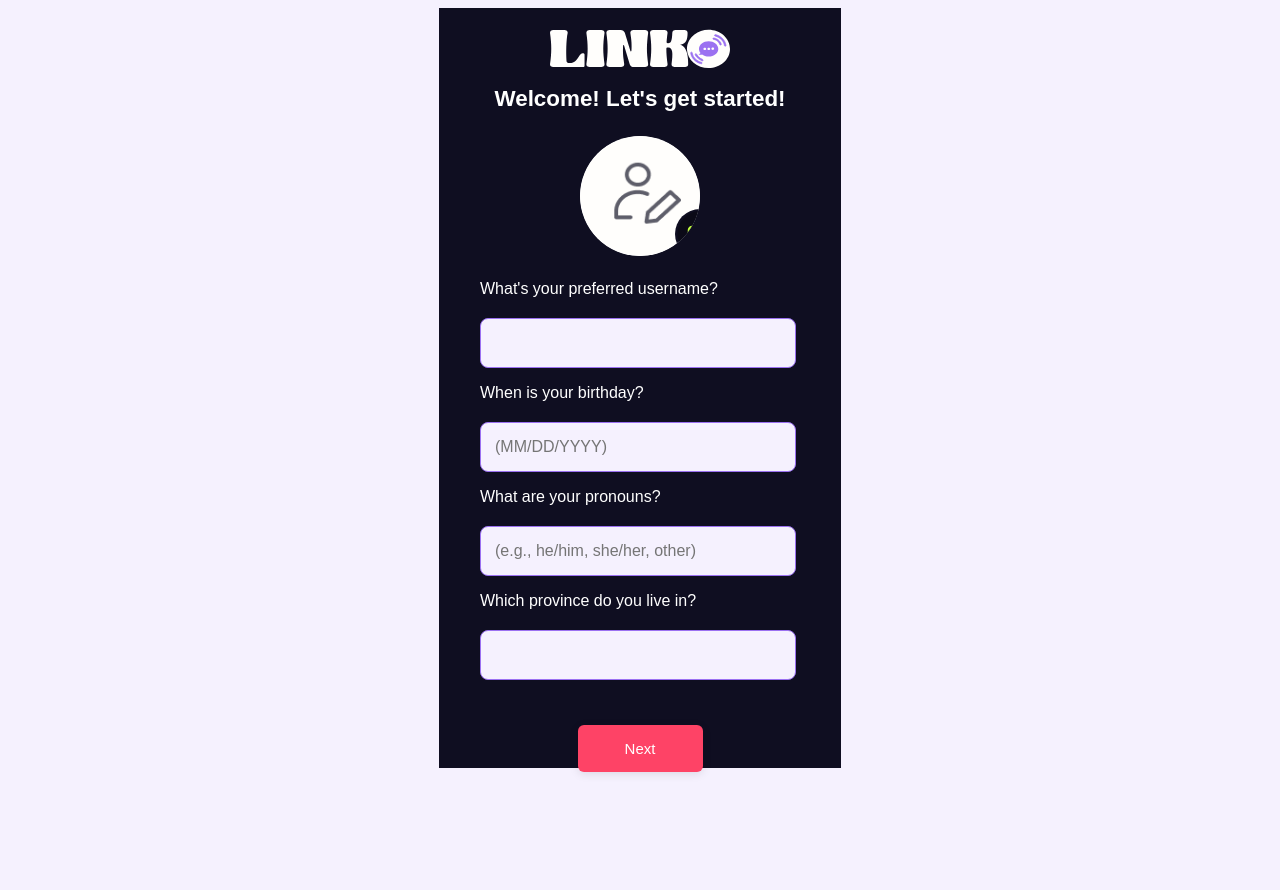
Repository: richelletiongson/MDIA2109_Linko
Page: /onboard/signup (app in linko_whatdafour/)
The author's editor kept a copy of each file at every save. The page is drawn from the files as they stood at one save, then again after the next save.
The browser window is 1280 px wide. The pictures show the whole page.
The project was rebuilt for these pictures with package versions that can differ from the ones it lists, and the page was loaded fresh each time. The framework's server and built-in components were replaced by stand-ins that run in the browser. Also part of the build but not shown: linko_whatdafour/next.config.mjs, linko_whatdafour/app/.components/Modal/modal.module.css, linko_whatdafour/app/.components/Modal/modal.js.

Above is the page before, as saved 2025-05-20 23:58:29.

### linko_whatdafour/app/layout.js

















import { Geist, Geist_Mono } from "next/font/google";
import "./globals.css";

const geistSans = Geist({
  variable: "--font-geist-sans",
  subsets: ["latin"],
});

const geistMono = Geist_Mono({
  variable: "--font-geist-mono",
  subsets: ["latin"],
});

export const metadata = {
  title: "Create Next App",
  description: "Generated by create next app",
};

export default function RootLayout({ children }) {
  return (
    <html lang="en">
      <body className={`${geistSans.variable} ${geistMono.variable}`}>
        <div className = {"wrapper"}>
        {children}
        </div>
      </body>
    </html>
  );
}

### linko_whatdafour/app/onboard/signup/page.js
"use client"

import React, { useState } from 'react';
import Header from '@/app/.components/Header/header';
import InputField from '@/app/.components/input_field/input_field'
import { useRouter } from 'next/navigation';
import styles from './signup.module.css';
import Button from '@/app/.components/buttons';
import { PhotoGalleryModal } from '@/app/.components/Modal/modal';

export default function SignupPage() {
  const router = useRouter();

  const [profilePic, setProfilePic] = useState('/photos/DefaultProfile.png');
  const [profilePicModalOpen, setProfilePicModalOpen] = useState(false);
  const [profilePicSelection, setProfilePicSelection] = useState([profilePic]);

  const placeholderPhotos = [
    '/photos/photo_gallery/photo1.JPG',
    '/photos/photo_gallery/photo2.JPG',
    '/photos/photo_gallery/photo3.JPG',
    '/photos/photo_gallery/photo4.jpeg',
    '/photos/photo_gallery/photo5.jpeg',
    '/photos/photo_gallery/photo6.jpeg',
    '/photos/photo_gallery/photo7.jpeg',
    '/photos/photo_gallery/photo8.jpeg',
    '/photos/photo_gallery/photo9.jpeg',
    '/photos/photo_gallery/photo10.jpg',
  ];

  const handleOpenProfilePicModal = () => {
    setProfilePicSelection([profilePic]);
    setProfilePicModalOpen(true);
  };
  const handleCloseProfilePicModal = () => setProfilePicModalOpen(false);
  const handleDoneProfilePicModal = () => {
    if (profilePicSelection.length > 0) setProfilePic(profilePicSelection[0]);
    setProfilePicModalOpen(false);
  };

  return (
    <div className={styles.page}>
      <Header />
      <h2 className={styles.welcome}>Welcome! Let's get started!</h2>
      <div className={styles.profileIconWrapper}>
        <div className={styles.profileIconCircle}>
          <img
            src={profilePic}
            alt="Profile icon"
          />
          <div className={styles.addPhotoBtn}>
            <Button
              buttonText={<svg width="55" height="55" viewBox="0 0 55 55" fill="none" xmlns="http://www.w3.org/2000/svg">
                <g id="Group">
                  <circle id="Ellipse 74" cx="27.125" cy="27.125" r="27.125" fill="#0B0A17"/>
                  <path id="Vector" d="M19.25 19.25H17.5C16.5717 19.25 15.6815 19.6187 15.0251 20.2751C14.3687 20.9315 14 21.8217 14 22.75V38.5C14 39.4283 14.3687 40.3185 15.0251 40.9749C15.6815 41.6313 16.5717 42 17.5 42H33.25C34.1783 42 35.0685 41.6313 35.7249 40.9749C36.3813 40.3185 36.75 39.4283 36.75 38.5V36.75" stroke="#C2FF3E" strokeWidth="3.5" strokeLinecap="round" strokeLinejoin="round"/>
                  <path id="Vector_2" d="M35 15.7499L40.25 20.9999M42.6737 18.5237C43.363 17.8345 43.7502 16.8997 43.7502 15.9249C43.7502 14.9502 43.363 14.0154 42.6737 13.3262C41.9845 12.637 41.0497 12.2498 40.075 12.2498C39.1003 12.2498 38.1655 12.637 37.4763 13.3262L22.75 27.9999V33.2499H28L42.6737 18.5237Z" stroke="#C2FF3E" strokeWidth="3.5" strokeLinecap="round" strokeLinejoin="round"/>
                </g>
              </svg>}
              onClick={handleOpenProfilePicModal}
              type="dark_purple"
              size="big_round"
            />
          </div>
        </div>
      </div>
      <PhotoGalleryModal
        isOpen={profilePicModalOpen}
        onClose={handleCloseProfilePicModal}
        onDone={handleDoneProfilePicModal}
        availablePhotos={placeholderPhotos}
        selectedPhotos={profilePicSelection}
        setSelectedPhotos={(photosOrUpdater) => {
          if (typeof photosOrUpdater === 'function') {
            setProfilePicSelection(prev => {
              const result = photosOrUpdater(prev);
              if (result.length > 1) return [result[result.length - 1]];
              return result;
            });
          } else if (Array.isArray(photosOrUpdater)) {
            setProfilePicSelection(photosOrUpdater.length > 0 ? [photosOrUpdater[photosOrUpdater.length - 1]] : []);
          }
        }}
      />
      <form className={styles.form}>
        <label className={styles.label}>What's your preferred username?</label>
        <InputField
          placeholder = ""
          size = "large"
          color = "purple2"
        />

        <label className={styles.label}>When is your birthday?</label>
        <InputField
          placeholder = "(MM/DD/YYYY)"
          size = "large"
          color = "purple2"
        />

        <label className={styles.label}>What are your pronouns?</label>
        <InputField
          placeholder = "(e.g., he/him, she/her, other)"
          size = "large"
          color = "purple2"
        />

        <label className={styles.label}>Which province do you live in?</label>
        <InputField
          placeholder = ""
          size = "large"
          color = "purple2"
        />
      </form>

      <div className={styles.signup_Button}>
        <Button
          buttonText="Next"
          type="pink"
          size="small"
          onClick={() => router.push("/onboard/signup/questionaire/questionaire01")}
        />
        </div>
    </div>
  );
}

### linko_whatdafour/app/globals.css
:root {
  --background: #F5F1FE;
  --foreground: #fff;
}

html,
body {
  min-width: 402px;
  overflow-x: hidden;
}

body {
  color: var(--foreground);
  background: var(--background);
  font-family: Arial, Helvetica, sans-serif;
}

.wrapper {
  margin: 0 auto;
  width: 402px;
  min-height: 874px;
}












/* DEFAULT global.css
:root {
  --background: #ffffff;
  --foreground: #171717;
}

@media (prefers-color-scheme: dark) {
  :root {
    --background: #0a0a0a;
    --foreground: #ededed;
  }
}

html,
body {
  max-width: 100vw;
  overflow-x: hidden;
}

body {
  color: var(--foreground);
  background: var(--background);
  font-family: Arial, Helvetica, sans-serif;
  -webkit-font-smoothing: antialiased;
  -moz-osx-font-smoothing: grayscale;
}

* {
  box-sizing: border-box;
  padding: 0;
  margin: 0;
}

a {
  color: inherit;
  text-decoration: none;
}

@media (prefers-color-scheme: dark) {
  html {
    color-scheme: dark;
  }
}
*/

### linko_whatdafour/app/.components/Header/header.js
import React from 'react';
import styles from './header.module.css';
import Image from 'next/image';

export default function Header({ leftButton, rightButton }) {
  return (
    <header className={styles.header}>
      <div className={styles.side}>{leftButton}</div>
      <div className={styles.center}>
        <Image src="/logos/linko_primarylogo.svg" alt="Linko logo" width={180} height={42} className={styles.logo}/>
      </div>
      <div className={styles.side}>{rightButton}</div>
    </header>
  );
}

### linko_whatdafour/app/.components/input_field/input_field.js
"use client";
import React from "react";
import classNames from "classnames";
import styles from "./input_field.module.css";

export default function InputField({
  value,
  onChange,
  placeholder = "Type...",
  size = "medium",
  color = "purple1"
}) {
  const inputFieldClass = classNames(
    styles.inputField,
    styles[size],
    styles[color]
  );

  return (
    <input
      type="text"
      className={inputFieldClass}
      value={value}
      onChange={onChange}
      placeholder={placeholder}
    />
  );
}

### linko_whatdafour/app/onboard/signup/signup.module.css
.page {
    max-width: 402px;
    height: 100vh;
    background: #0F0E21;
    color: #fff;
    display: flex;
    flex-direction: column;
    align-items: center;
    justify-content: flex-start;
    padding: 20px 16px;
  }
  .welcome {
    font-size: 1.4rem;
    font-weight: 700;
    text-align: center;
    margin: 16px 0 24px 0;
  }
  .profileIconWrapper {
    display: flex;
    justify-content: center;
    width: 100%;
    margin-bottom: 24px;
  }
  .profileIconCircle {
    position: relative;
    width: 120px;
    height: 120px;
    border-radius: 50%;
    background: #fff;
    overflow: hidden;
    display: flex;
    align-items: center;
    justify-content: center;
  }
  .profileIconCircle img {
    position: absolute;
    width: 100%;
    height: 100%;
    object-fit: cover;
    border-radius: 50%;
    top: 0;
    left: 0;
  }
  .addPhotoBtn {
    position: absolute;
    bottom: 12px;
    right: -10px;
    width: 20px;
    height: 20px;
    display: flex;
    align-items: center;
    justify-content: center;
    box-shadow: 0 2px 8px rgba(0,0,0,0.10);
    z-index: 10;
  }
  .form {
    width: 100%;
    max-width: 340px;
    display: flex;
    flex-direction: column;
    justify-content: center;
    gap: 16px;
    padding-left: 20px;
  }
  .label {
    font-size: 1rem;
    font-weight: 500;
    margin-bottom: 4px;
  }
  .signup_Button {
    display: flex;
    justify-content: center;
    padding-left: 0;
    padding-top: 45px;
  }

### linko_whatdafour/app/.components/buttons.js
'use client';
import { useRouter } from 'next/navigation';
import classnames from "classnames";
import styles from './buttons.module.css';


export default function Button({buttonText, onClick, type, size, border, className}){



  const buttonClasses = classnames(
    styles.button,
    className,
    {
      [styles.big]: size === "big",
      [styles.medium]: size === "medium",
      [styles.small]: size === "small",
      [styles.smaller]: size === "smaller",
      [styles.big_round]: size === "big_round",
      [styles.small_round]: size === "small_round",
      [styles.big_pill]: size === "big_pill",
      [styles.small_pill]: size === "small_pill",
      [styles.long]: size === "long",
      [styles.pink]: type === "pink",
      [styles.purple]: type === "purple",
      [styles.light_purple]: type === "light_purple",
      [styles.dark_purple]: type === "dark_purple",
      [styles.green]: type === "green",
      [styles.white]: type === "white",
      [styles.transparent_pinkborder]: type === "transparent_pinkborder",
      [styles.transparent_whitetxt]: type === "transparent_whitetxt",
      [styles.transparent_greentxt]: type === "transparent_greentxt",
      [styles.pink_border]: border === "pink_border",
      [styles.green_border]: border === "green_border",
      [styles.nav]: type === "nav",
      [styles.nav_active]: type === "nav_active",
    }
  );
  return (

  <button
  className={buttonClasses}
  onClick={onClick}
  >

  {buttonText}

  </button>

  )
};























/*export const BigPinkButton = ({
    route,
    buttonText = 'Next',
  }) => {
    const router = useRouter();

    // Handle navigation to the specified route
    const handleNavigation = () => {
      // Navigate to the specified route
      router.push(route);
    };

    return (
      <div className={styles.buttonContainer}>
        <button
          onClick={handleNavigation}
          className={styles.bigPinkButton}
          type="button"
        >
          {buttonText}
        </button>
      </div>
    );
  };

  export const BigPurpleButton = ({
    route,
    buttonText = 'GET STARTED',
    onClick = null
  }) => {
    const router = useRouter();

    // Handle navigation to the specified route
    const handleNavigation = () => {
      // Navigate to the specified route
      router.push(route);
    };

    return (
      <div className={styles.buttonContainer}>
        <button
          onClick={handleNavigation}
          className={styles.bigPurpleButton}
          type="button"
        >
          {buttonText}
        </button>
      </div>
    );
  };*/

### linko_whatdafour/app/.components/Header/header.module.css
.header {
  display: grid;
  grid-template-columns: 1fr auto 1fr;
  align-items: center;
  height: 80px;
  background: transparent;
  padding: 0px 16px;
}

.side {
  display: flex;
  align-items: center;
  justify-content: flex-start;
  height: 100%;
}

.side:last-child {
  justify-content: flex-end;
}

.center {
  display: flex;
  align-items: center;
  justify-content: center;
  height: 100%;
}

### linko_whatdafour/app/.components/input_field/input_field.module.css
.inputField {
    padding: 10px 14px;
    font-size: 16px;
    border: 0.75px solid #9B71F1;
    box-sizing: border-box;
    outline: none;
    border-radius: 8px;
  }


  .small {
    width: 216.45px;
    height: 54.97px;
  }

  .medium {
    width: 288px;
    height: 65px;
  }

  .large {
    width: 316px;
    height: 50px;
  }

  .xlarge {
    width: 351.55px;
    height: 54.97px;
  }

  .chatSize {
    width: 400px;
    height: 45px;
    border-radius: 30px;
  }

  .white {
    background-color: #FFFFFF;
  }

  .purple1 {
    background-color: #E0C3FE;
  }

  .purple2 {
    background-color: #F5F1FE;
  }

  .purple3 {
    background-color: #E0C3FE;
  }

### linko_whatdafour/app/.components/buttons.module.css
.pink {
  background-color: #FE4366;
  color: white;
  border: none;
}

.purple {
  background-color: #9B71F1;
  color: white;
  border: none;
}

.light_purple {
  background-color: #E0C3FE;
  color: #06060E;
  border: none;
}

.dark_purple {
  background-color: #0F0E21;
  color: #C2FF3E;
  border: none;
}

.green {
  background-color: #C2FF3E;
  color: #06060E;
  border: none;
}

.white {
  background-color: #FFFEFC;
  color: #412F65;
  border: 2px solid #9B71F1;
}

.transparent_pinkborder {
  background-color: rgba(0, 0, 0, 0);
  color: #FFFEFC;
}

.transparent_whitetxt {
  background: transparent;
  color: #FFFEFC;
  border: none;
}

.transparent_greentxt {
  background-color: rgba(0, 0, 0, 0);
  color: #C2FF3E;
  border: none;
}

.pink_border {
  border: 1px solid #FE4366 !important;
}

.green_border {
  border: 1px solid #C2FF3E !important;
}

.small_round {
  display: flex;
  border-radius: 50%;
  border: none;
  width: 30px;
  height: 30px;
  padding: 2px 2px;
  flex-direction: column;
  justify-content: center;
  align-items: center;
}

.big_round {
  display: flex;
  border-radius: 50%;
  border: none;
  width: 50px;
  height: 50px;
  padding: 2px 2px;
  flex-direction: column;
  justify-content: center;
  align-items: center;
}

.big {
  font-weight: 700px;
  font-size: 19px;
  padding: 14px 20px;
  border-radius: 15px;
  width: 325px;
  text-align: center;
  box-shadow: 0 4px 6px rgba(0, 0, 0, 0.1);
}

.medium {
  font-weight: 700px;
  font-size: 16px;
  padding: 16px 24px;
  border-radius: 8px;
  width: 100%;
  max-width: 200px;
  text-align: center;
  box-shadow: 0 2px 10px rgba(0, 0, 0, 0.1);
}

.small {
  font-weight: 700px;
  font-size: 15px;
  padding: 15px 20px;
  border-radius: 6px;
  width: 100%;
  min-width: 125px;
  max-width: 200px;
  text-align: center;
  box-shadow: 0 2px 10px rgba(0, 0, 0, 0.1);
}

.smaller {
  font-weight: 700px;
  font-size: 15px;
  padding: 12px 12px;
  border-radius: 8px;
  width: 100%;
  min-width: 83px;
  max-width: 100px;
  text-align: center;
  box-shadow: 0 2px 10px rgba(0, 0, 0, 0.1);
}

.big_pill {
  display: inline-block;
  padding: 10px 20px;
  border-radius: 20px;
  border: 0.5px solid transparent;
  font-size: 16px;
  text-align: center;
  min-width: 100px;
  max-width: 100%;
  width: auto;
  white-space: normal;
  overflow: hidden;
  text-overflow: ellipsis;
  box-shadow: 0 2px 10px rgba(0, 0, 0, 0.1);
}

.small_pill {
  display: inline-block;
  padding: 4px 12px;
  border: none;
  border-radius: 20px;
  font-size: 13px;
  text-align: center;
  max-width: 100%;
  width: auto;
  white-space: normal;
  overflow: hidden;
  text-overflow: ellipsis;
  box-shadow: 0 2px 10px rgba(0, 0, 0, 0.1);
}

.long {
  display: flex;
  flex-direction: column;
  justify-content: center;
  font-weight: 700px;
  font-size: 16px;
  padding: 14px 20px;
  border-radius: 15px;
  width: 370px;
  height: 35px;
  text-align: center;
  box-shadow: 0 4px 6px rgba(0, 0, 0, 0.1);
}

.button.dark_purple.long.green_border:hover {
  background: #C2FF3E;
  color: #0F0E21;
}

.button.nav {
  background: none;
  border: none;
  color: #fff;
  font-size: 1.2rem;
  display: flex;
  flex-direction: column;
  align-items: center;
  gap: 4px;
  cursor: pointer;
  transition: color 0.2s;
  font-family: 'Lexend', 'Geist', 'Inter', Arial, sans-serif;
  font-weight: 400;
  box-shadow: none;
  outline: none;
}

.button.nav_active {
  color: #BCA6F7;
  font-weight: 500;
}

.button.nav .icon,
.button.nav_active .icon {
  display: flex;
  align-items: center;
  justify-content: center;
  font-size: 2rem;
  color: inherit;
  transition: color 0.2s;
}






















/*.bigPinkButton {
    width: 100%;
    max-width: 200px;
    padding: 16px 24px;
    border-radius: 8px;
    font-size: 16px;
    font-weight: 700;
    color: white;
    text-align: center;
    cursor: pointer;
    transition: all 0.3s ease;
    display: block;
    margin: 16px 0;
    box-shadow: 0 2px 10px rgba(0, 0, 0, 0.1);
    background-color:#FE4366;
  }

  .bigPinkButton:hover {
    background-color:#6B1C2B;
  }

  .bigPurpleButton {
    background-color: #9B71F1; /* Purple color that matches the image
    color: white;
    font-weight: 700;
    letter-spacing: 0.5px;
    font-size: 19px;
    padding: 14px 20px;
    border-radius: 15px;
    border: none;
    cursor: pointer;
    transition: all 0.3s ease;
    width: 100%;
    max-width: 325px;
    text-align: center;
    box-shadow: 0 4px 6px rgba(0, 0, 0, 0.1);
    text-transform: uppercase;
  }

  .bigPurpleButton:hover {
    background-color: #8a57ff;
  }



  .buttonContainer {
    display: inline-block;
    width: 100%;
    max-width: 200px;
  }
    */

After the next save:
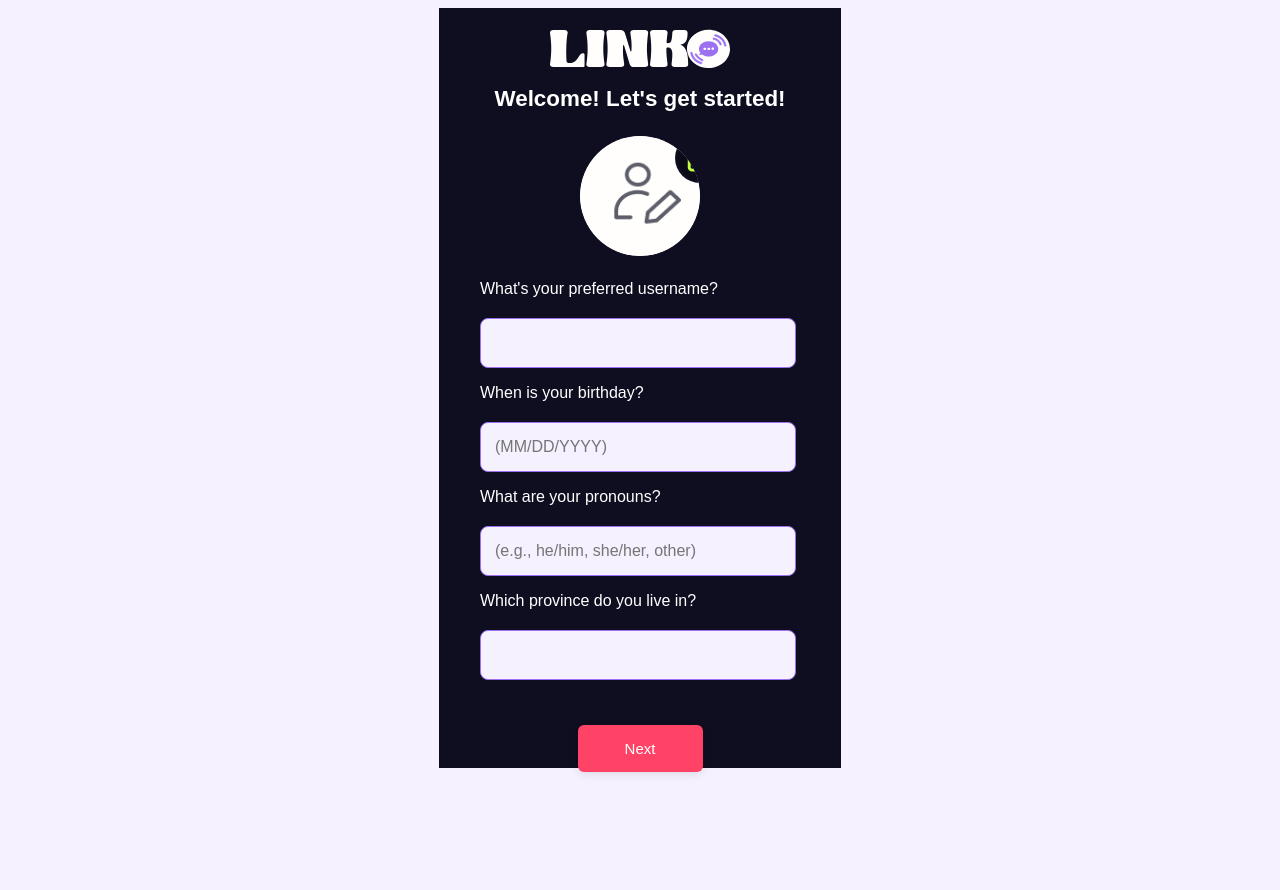
Saved 57 s later.
--- a/linko_whatdafour/app/onboard/signup/signup.module.css
+++ b/linko_whatdafour/app/onboard/signup/signup.module.css
@@ -43,7 +43,7 @@
   }
   .addPhotoBtn {
     position: absolute;
-    bottom: 12px;
+    top: 12px;
     right: -10px;
     width: 20px;
     height: 20px;
